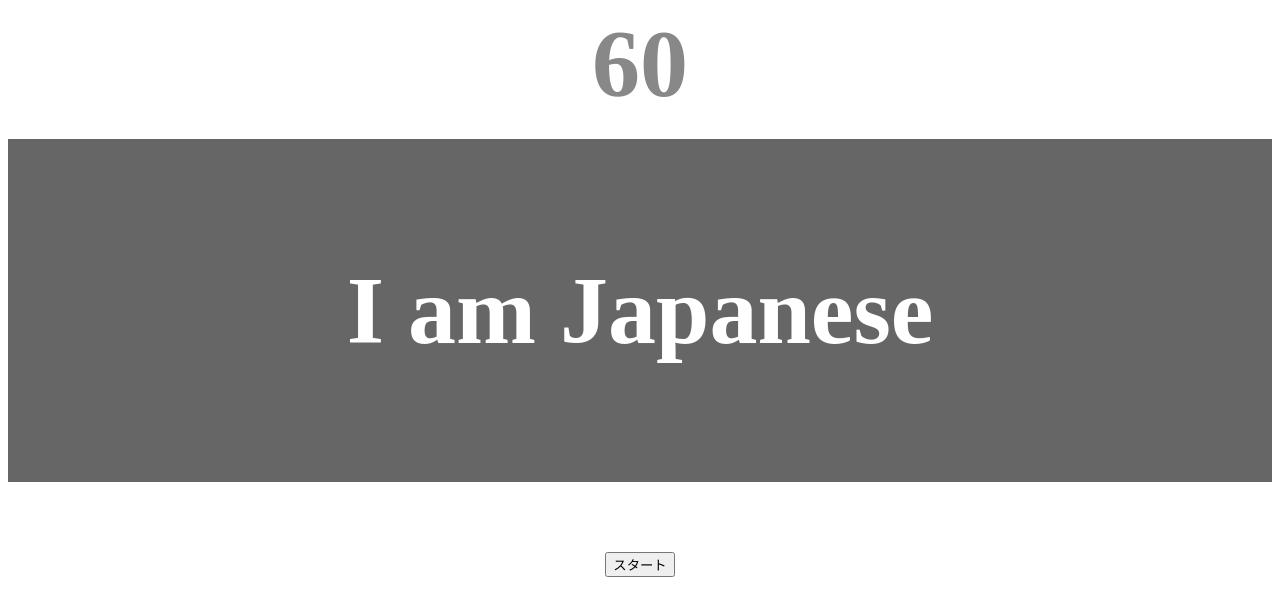
Repository: kawashimakouhei/Samurai_JS
Page: index.html
The author's editor kept a record of every edit. The page is drawn from the files as they stood at one moment, then again after the next edit.
The browser window is 1280 px wide. The pictures show the whole page.
After loading, the first visible `#start` was clicked once.

Above is the page before.

After the next edit:
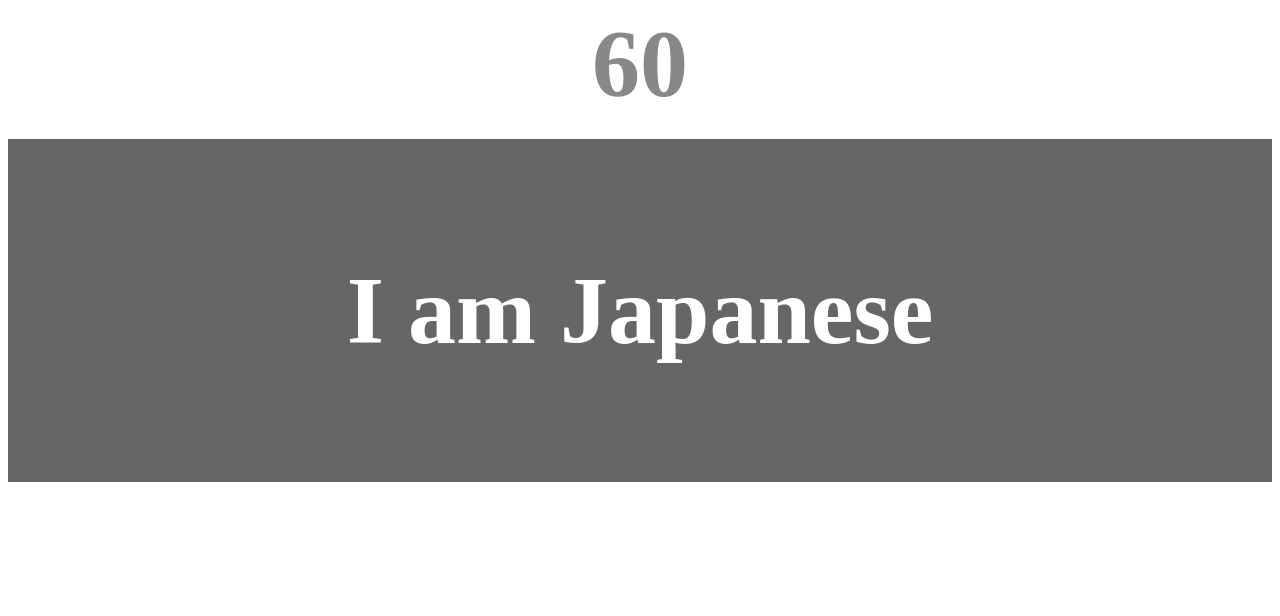
The edit:
--- a/index.html
+++ b/index.html
@@ -59,6 +59,7 @@
 ];
 
 let checkTexts = [];
+let score = 0;
 
 const createText = () => {
   const p = document.getElementById('text');
@@ -74,32 +75,63 @@
 
       return span;
   })
+};
 
+const keyDown = e => {
+  wrap.style.backgroundColor = '#666';
+  if(e.key === checkTexts[0].textContent) {
+      checkTexts[0].className = 'add-color';
+
+      checkTexts.shift();
+      score++;
+
+      if(!checkTexts.length) createText();
+  } else if(e.key === 'Shift') {
+    wrap.style.backgroundColor = '#666';
+  } else {
+    wrap.style.backgroundColor = 'red';
+  }
+};
+
+const rankCheck = score => {
+  let text = '';
+
+  if(score < 100) {
+    text = `あなたのランクはCです。\nBランクまであと${100 - score}文字です。`;
+  } else if(score < 200) {
+    text = `あなたのランクはBです。\nAランクまであと${200 - score}文字です。`;
+  } else if(score < 300) {
+    text = `あなたのランクはAです。\nSランクまであと${300 - score}文字です。`;
+  } else if(score >= 300) {
+    text = `あなたのランクはSです。\nおめでとうございます！`;
+  }
+
+  return `${score}文字打てました！\n${text}\n【OK】リトライ／【キャンセル】終了`;
+};
+
+const gameOver = id => {
+  clearInterval(id);
+
+  const result = confirm(rankCheck(score));
+
+  if(result) window.location.reload();
+};
+
+const timer = () => {
+  let time = 60;
+  const count = document.getElementById('count');
+  const id = setInterval(() => {
+    if(time <= 0) gameOver(id);
+
+    count.textContent = time--;
+  }, 1000);
 };
 
 
-
-const keyDown = e => {
-  if(e.key === checkTexts[0].textContent) {
-    checkTexts[0].className = 'add-color';
-
-    checkTexts.shift();
-
-    if(!checkTexts.length) createText();
-  }
-};
-
-
-
-const rankCheck = rank => {}; // ランク判定とメッセージ生成処理
-
-const gameOver = id => {}; // ゲームの終了処理
-
-const timer = () => {}; // タイマー処理
-
-
 start.addEventListener('click', () => {
+  timer();
   createText();
+  start.style.display = 'none';
   document.addEventListener('keydown', keyDown);
 })
   </script>
